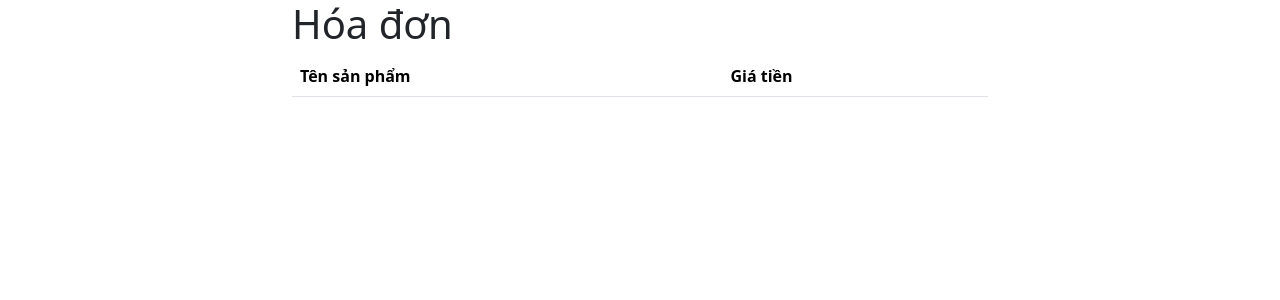
Repository: wuubangdev/bookstore-servlet-jsp
Page: http://localhost/Bai20_JSPCoban_TrangMuaHang/datMuaMayTinh.jsp
An editor plug-in stored every save of this project. The page is shown before and after the next save, followed by the edit.
The browser window is 1280 px wide. The pictures show the whole page.
The page is served by Tomcat 9.

Above is the page before, as saved 2024-03-19 03:38:16.

After the next save:
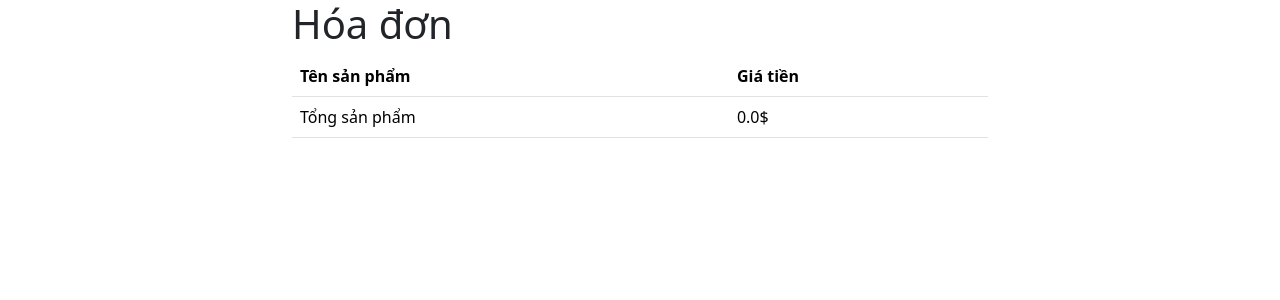
Saved 61 s later.
--- a/Bai20_JSPCoban_TrangMuaHang/src/main/webapp/datMuaMayTinh.jsp
+++ b/Bai20_JSPCoban_TrangMuaHang/src/main/webapp/datMuaMayTinh.jsp
@@ -106,6 +106,10 @@
 			      <td><%=accessoriesPrice%>$</td>
 			    </tr>
 		    <%} %>
+		    	<tr>
+			      <td>Tổng sản phẩm</td>
+			      <td><%=accessoriesPrice%>$</td>
+			    </tr>
 		  </tbody>
 		</table>
 	</div>
